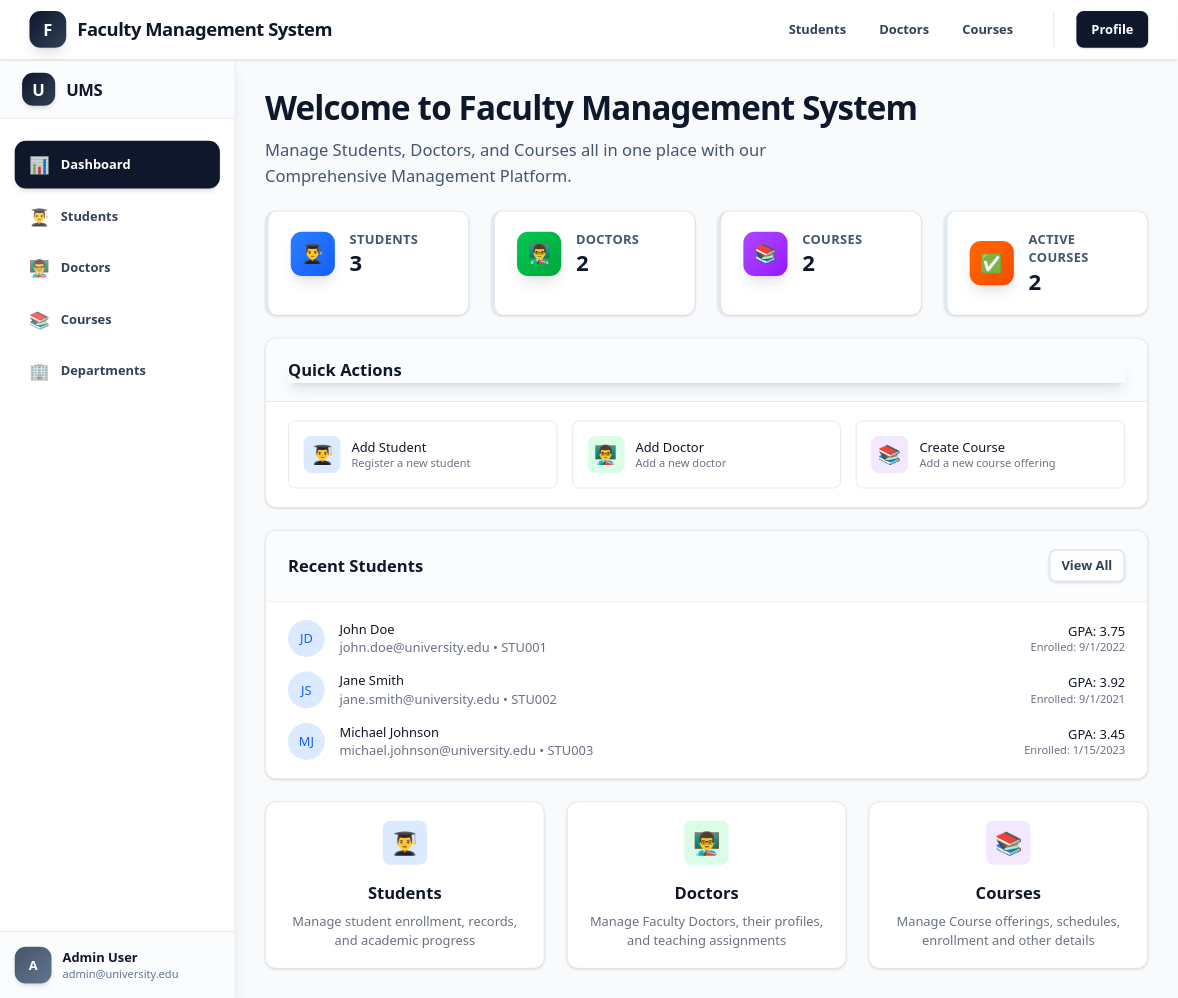
Repository: Mohamedmohsen179/Advanced-DB-Task
Page: / (app in frontend/)
The author's editor kept a copy of each file at every save. The page is drawn from the files as they stood at one save, then again after the next save.
The browser window is 1280 px wide. The pictures show the whole page, at 92% of full size.
The page's requests for data from a server got no answer. The project was rebuilt for these pictures with package versions that can differ from the ones it lists, and the page was loaded fresh each time. The framework's server and built-in components were replaced by stand-ins that run in the browser. No one was signed in, and anything a server would have sent is missing. Also part of the build but not shown: frontend/next.config.ts.

Above is the page before, as saved 2025-11-28 20:07:48.

### frontend/app/layout.tsx
import type { Metadata } from "next";
import { Geist, Geist_Mono } from "next/font/google";
import "./globals.css";
import MainLayout from "../components/layout/MainLayout";

const geistSans = Geist({
  variable: "--font-geist-sans",
  subsets: ["latin"],
});

const geistMono = Geist_Mono({
  variable: "--font-geist-mono",
  subsets: ["latin"],
});

export const metadata: Metadata = {
  title: "University Management System",
  description: "A comprehensive university management system built with Next.js and TypeScript",
};

export default function RootLayout({
  children,
}: Readonly<{
  children: React.ReactNode;
}>) {
  return (
    <html lang="en">
      <body
        className={`${geistSans.variable} ${geistMono.variable} antialiased`}
      >
        <MainLayout>{children}</MainLayout>
      </body>
    </html>
  );
}

### frontend/app/page.tsx
'use client';

import { useState, useEffect } from 'react';
import Link from 'next/link';
import { Student, CourseWithSchedule } from '../types';
import { apiService } from '../services/api';
import { Card, CardContent, CardHeader } from '../components/ui/Card';
import Button from '../components/ui/Button';

export default function Home() {
  const [stats, setStats] = useState({
    studentsCount: 0,
    doctorsCount: 0,
    coursesCount: 0,
    activeCoursesCount: 0,
  });
  const [recentStudents, setRecentStudents] = useState<Student[]>([]);
  const [loading, setLoading] = useState(true);

  useEffect(() => {
    loadDashboardData();
  }, []);

  const loadDashboardData = async () => {
    try {
      setLoading(true);

      // Load all data in parallel
      const [studentsResponse, doctorsResponse, coursesResponse] = await Promise.all([
        apiService.getStudents(),
        apiService.getDoctors(),
        apiService.getCourses(),
      ]);

      if (studentsResponse.success && doctorsResponse.success && coursesResponse.success) {
        setStats({
          studentsCount: studentsResponse.data.length,
          doctorsCount: doctorsResponse.data.length,
          coursesCount: coursesResponse.data.length,
          activeCoursesCount: coursesResponse.data.filter((course: CourseWithSchedule) => course.status === 'active').length,
        });

        // Get recent students (last 3)
        setRecentStudents(studentsResponse.data.slice(0, 3));
      }
    } catch (err) {
      console.error('Error loading dashboard data:', err);
    } finally {
      setLoading(false);
    }
  };

  if (loading) {
    return (
      <div className="flex items-center justify-center py-12">
        <div className="animate-spin rounded-full h-8 w-8 border-b-2 border-blue-600"></div>
        <span className="ml-2 text-gray-600">Loading dashboard...</span>
      </div>
    );
  }

  return (
    <div className="space-y-6">
      {/* Welcome Header */}
      <div className="text-center lg:text-left">
        <h1 className="text-4xl font-bold text-slate-900 tracking-tight">Welcome to Faculty Management System</h1>
        <p className="mt-3 text-lg text-slate-600 max-w-2xl">
          Manage Students, Doctors, and Courses all in one place with our Comprehensive Management Platform.
        </p>
      </div>

      {/* Stats Cards */}
      <div className="grid grid-cols-1 md:grid-cols-2 lg:grid-cols-4 gap-6">
        <Card className="hover:shadow-lg transition-all duration-300 border-l-4 border-l-blue-500">
          <CardContent className="p-6">
            <div className="flex items-center">
              <div className="flex-shrink-0">
                <div className="w-12 h-12 bg-gradient-to-br from-blue-500 to-blue-600 rounded-xl flex items-center justify-center shadow-lg">
                  <span className="text-white text-xl">👨‍🎓</span>
                </div>
              </div>
              <div className="ml-4">
                <p className="text-sm font-semibold text-slate-600 uppercase tracking-wide">Students</p>
                <p className="text-2xl font-bold text-slate-900">{stats.studentsCount}</p>
              </div>
            </div>
          </CardContent>
        </Card>

        <Card className="hover:shadow-lg transition-all duration-300 border-l-4 border-l-green-500">
          <CardContent className="p-6">
            <div className="flex items-center">
              <div className="flex-shrink-0">
                <div className="w-12 h-12 bg-gradient-to-br from-green-500 to-green-600 rounded-xl flex items-center justify-center shadow-lg">
                  <span className="text-white text-xl">👨‍🏫</span>
                </div>
              </div>
              <div className="ml-4">
                <p className="text-sm font-semibold text-slate-600 uppercase tracking-wide">Doctors</p>
                <p className="text-2xl font-bold text-slate-900">{stats.doctorsCount}</p>
              </div>
            </div>
          </CardContent>
        </Card>

        <Card className="hover:shadow-lg transition-all duration-300 border-l-4 border-l-purple-500">
          <CardContent className="p-6">
            <div className="flex items-center">
              <div className="flex-shrink-0">
                <div className="w-12 h-12 bg-gradient-to-br from-purple-500 to-purple-600 rounded-xl flex items-center justify-center shadow-lg">
                  <span className="text-white text-xl">📚</span>
                </div>
              </div>
              <div className="ml-4">
                <p className="text-sm font-semibold text-slate-600 uppercase tracking-wide">Courses</p>
                <p className="text-2xl font-bold text-slate-900">{stats.coursesCount}</p>
              </div>
            </div>
          </CardContent>
        </Card>

        <Card className="hover:shadow-lg transition-all duration-300 border-l-4 border-l-orange-500">
          <CardContent className="p-6">
            <div className="flex items-center">
              <div className="flex-shrink-0">
                <div className="w-12 h-12 bg-gradient-to-br from-orange-500 to-orange-600 rounded-xl flex items-center justify-center shadow-lg">
                  <span className="text-white text-xl">✅</span>
                </div>
              </div>
              <div className="ml-4">
                <p className="text-sm font-semibold text-slate-600 uppercase tracking-wide">Active Courses</p>
                <p className="text-2xl font-bold text-slate-900">{stats.activeCoursesCount}</p>
              </div>
            </div>
          </CardContent>
        </Card>
      </div>

      {/* Quick Actions */}
      <Card>
        <CardHeader>
          <h2 className="text-lg font-semibold text-gray-900 shadow-lg">Quick Actions</h2>
        </CardHeader>
        <CardContent>
          <div className="grid grid-cols-1 md:grid-cols-3 gap-4">
            <Link href="/students/new">
              <div className="p-4 border border-gray-200 rounded-lg hover:bg-gray-50 transition-colors cursor-pointer">
                <div className="flex items-center">
                  <div className="w-10 h-10 bg-blue-100 rounded-lg flex items-center justify-center">
                    <span className="text-blue-600 text-xl">👨‍🎓</span>
                  </div>
                  <div className="ml-3">
                    <h3 className="text-sm font-medium text-gray-900">Add Student</h3>
                    <p className="text-xs text-gray-500">Register a new student</p>
                  </div>
                </div>
              </div>
            </Link>

            <Link href="/doctors/new">
              <div className="p-4 border border-gray-200 rounded-lg hover:bg-gray-50 transition-colors cursor-pointer">
                <div className="flex items-center">
                  <div className="w-10 h-10 bg-green-100 rounded-lg flex items-center justify-center">
                    <span className="text-green-600 text-xl">👨‍🏫</span>
                  </div>
                  <div className="ml-3">
                    <h3 className="text-sm font-medium text-gray-900">Add Doctor</h3>
                    <p className="text-xs text-gray-500">Add a new doctor</p>
                  </div>
                </div>
              </div>
            </Link>

            <Link href="/courses/new">
              <div className="p-4 border border-gray-200 rounded-lg hover:bg-gray-50 transition-colors cursor-pointer">
                <div className="flex items-center">
                  <div className="w-10 h-10 bg-purple-100 rounded-lg flex items-center justify-center">
                    <span className="text-purple-600 text-xl">📚</span>
                  </div>
                  <div className="ml-3">
                    <h3 className="text-sm font-medium text-gray-900">Create Course</h3>
                    <p className="text-xs text-gray-500">Add a new course offering</p>
                  </div>
                </div>
              </div>
            </Link>
          </div>
        </CardContent>
      </Card>

      {/* Recent Students */}
      {recentStudents.length > 0 && (
        <Card>
          <CardHeader>
            <div className="flex items-center justify-between">
              <h2 className="text-lg font-semibold text-gray-900">Recent Students</h2>
              <Link href="/students">
                <Button variant="outline" size="sm">View All</Button>
              </Link>
            </div>
          </CardHeader>
          <CardContent>
            <div className="space-y-4">
              {recentStudents.map((student) => (
                <div key={student.id} className="flex items-center justify-between">
                  <div className="flex items-center">
                    <div className="flex-shrink-0 h-10 w-10">
                      <div className="h-10 w-10 rounded-full bg-blue-100 flex items-center justify-center">
                        <span className="text-blue-600 font-medium text-sm">
                          {student.firstName.charAt(0)}{student.lastName.charAt(0)}
                        </span>
                      </div>
                    </div>
                    <div className="ml-4">
                      <div className="text-sm font-medium text-gray-900">
                        {student.firstName} {student.lastName}
                      </div>
                      <div className="text-sm text-gray-500">
                        {student.email} • {student.studentId}
                      </div>
                    </div>
                  </div>
                  <div className="text-right">
                    <div className="text-sm text-gray-900">
                      {student.gpa ? `GPA: ${student.gpa.toFixed(2)}` : 'No GPA'}
                    </div>
                    <div className="text-xs text-gray-500">
                      Enrolled: {new Date(student.enrollmentDate).toLocaleDateString()}
                    </div>
                  </div>
                </div>
              ))}
            </div>
          </CardContent>
        </Card>
      )}

      {/* Navigation Cards */}
      <div className="grid grid-cols-1 md:grid-cols-3 gap-6">
        <Link href="/students">
          <Card className="hover:shadow-md transition-shadow cursor-pointer">
            <CardContent className="p-6 text-center">
              <div className="w-12 h-12 bg-blue-100 rounded-lg flex items-center justify-center mx-auto mb-4">
                <span className="text-blue-600 text-2xl">👨‍🎓</span>
              </div>
              <h3 className="text-lg font-semibold text-gray-900 mb-2">Students</h3>
              <p className="text-sm text-gray-500">
                Manage student enrollment, records, and academic progress
              </p>
            </CardContent>
          </Card>
        </Link>

        <Link href="/doctors">
          <Card className="hover:shadow-md transition-shadow cursor-pointer">
            <CardContent className="p-6 text-center">
              <div className="w-12 h-12 bg-green-100 rounded-lg flex items-center justify-center mx-auto mb-4">
                <span className="text-green-600 text-2xl">👨‍🏫</span>
              </div>
              <h3 className="text-lg font-semibold text-gray-900 mb-2">Doctors</h3>
              <p className="text-sm text-gray-500">
                Manage Faculty Doctors, their profiles, and teaching assignments
              </p>
            </CardContent>
          </Card>
        </Link>

        <Link href="/courses">
          <Card className="hover:shadow-md transition-shadow cursor-pointer">
            <CardContent className="p-6 text-center">
              <div className="w-12 h-12 bg-purple-100 rounded-lg flex items-center justify-center mx-auto mb-4">
                <span className="text-purple-600 text-2xl">📚</span>
              </div>
              <h3 className="text-lg font-semibold text-gray-900 mb-2">Courses</h3>
              <p className="text-sm text-gray-500">
                Manage Course offerings, schedules, enrollment and other details
              </p>
            </CardContent>
          </Card>
        </Link>
      </div>
    </div>
  );
}

### frontend/app/globals.css
@import "tailwindcss";

:root {
  --background: #fafafa;
  --foreground: #0f172a;
  --primary: #2563eb;
  --primary-foreground: #ffffff;
  --secondary: #f1f5f9;
  --secondary-foreground: #334155;
  --muted: #f8fafc;
  --muted-foreground: #64748b;
  --accent: #f1f5f9;
  --accent-foreground: #0f172a;
  --border: #e2e8f0;
  --input: #ffffff;
  --ring: #2563eb;
  --radius: 0.5rem;
}

@theme inline {
  --color-background: var(--background);
  --color-foreground: var(--foreground);
  --font-sans: var(--font-geist-sans);
  --font-mono: var(--font-geist-mono);
}

@media (prefers-color-scheme: dark) {
  :root {
    --background: #020617;
    --foreground: #f8fafc;
    --primary: #3b82f6;
    --primary-foreground: #f8fafc;
    --secondary: #1e293b;
    --secondary-foreground: #f8fafc;
    --muted: #1e293b;
    --muted-foreground: #94a3b8;
    --accent: #1e293b;
    --accent-foreground: #f8fafc;
    --border: #334155;
    --input: #1e293b;
    --ring: #3b82f6;
  }
}

* {
  border-color: var(--border);
}

body {
  background: var(--background);
  color: var(--foreground);
  font-family: var(--font-sans), system-ui, -apple-system, sans-serif;
  line-height: 1.6;
  -webkit-font-smoothing: antialiased;
  -moz-osx-font-smoothing: grayscale;
}

::-webkit-scrollbar {
  width: 8px;
  height: 8px;
}

::-webkit-scrollbar-track {
  background: var(--muted);
}

::-webkit-scrollbar-thumb {
  background: var(--muted-foreground);
  border-radius: 4px;
}

::-webkit-scrollbar-thumb:hover {
  background: var(--foreground);
}

/* Focus styles */
.focus-visible {
  outline: 2px solid var(--ring);
  outline-offset: 2px;
}

/* Professional shadows */
.shadow-professional {
  box-shadow: 0 1px 3px 0 rgb(0 0 0 / 0.1), 0 1px 2px -1px rgb(0 0 0 / 0.1);
}

.shadow-professional-lg {
  box-shadow: 0 10px 15px -3px rgb(0 0 0 / 0.1), 0 4px 6px -4px rgb(0 0 0 / 0.1);
}

### frontend/components/layout/MainLayout.tsx
'use client';

import { useState } from 'react';
import Navbar from './Navbar';
import Sidebar from './Sidebar';

interface MainLayoutProps {
  children: React.ReactNode;
}

export default function MainLayout({ children }: MainLayoutProps) {
  const [sidebarOpen, setSidebarOpen] = useState(false);

  return (
    <div className="min-h-screen bg-slate-50">
      {/* Navbar */}
      <Navbar />

      <div className="flex">
        {/* Sidebar */}
        <Sidebar
          isOpen={sidebarOpen}
          onClose={() => setSidebarOpen(false)}
        />

        {/* Main Content */}
        <div className="flex-1 lg:ml-0">
          {/* Mobile sidebar toggle */}
          <div className="lg:hidden">
            <button
              onClick={() => setSidebarOpen(true)}
              className="fixed top-20 left-4 z-10 bg-white p-3 rounded-xl shadow-professional border border-slate-200 hover:shadow-professional-lg transition-all duration-200"
            >
              <svg className="w-5 h-5 text-slate-600" fill="none" stroke="currentColor" viewBox="0 0 24 24">
                <path strokeLinecap="round" strokeLinejoin="round" strokeWidth={2} d="M4 6h16M4 12h16M4 18h16" />
              </svg>
            </button>
          </div>

          {/* Page Content */}
          <main className="p-6 lg:p-8">
            <div className="max-w-7xl mx-auto">
              {children}
            </div>
          </main>
        </div>
      </div>
    </div>
  );
}

### frontend/components/ui/Card.tsx
import { HTMLAttributes, forwardRef } from 'react';

interface CardProps extends HTMLAttributes<HTMLDivElement> {
  children: React.ReactNode;
}

const Card = forwardRef<HTMLDivElement, CardProps>(
  ({ className = '', children, ...props }, ref) => {
    return (
      <div
        ref={ref}
        className={`bg-white rounded-xl border border-slate-200 shadow-professional hover:shadow-professional-lg transition-shadow duration-200 ${className}`}
        {...props}
      >
        {children}
      </div>
    );
  }
);

Card.displayName = 'Card';

interface CardHeaderProps extends HTMLAttributes<HTMLDivElement> {
  children: React.ReactNode;
}

const CardHeader = forwardRef<HTMLDivElement, CardHeaderProps>(
  ({ className = '', children, ...props }, ref) => {
    return (
      <div
        ref={ref}
        className={`px-6 py-5 border-b border-slate-200 bg-slate-50/50 rounded-t-xl ${className}`}
        {...props}
      >
        {children}
      </div>
    );
  }
);

CardHeader.displayName = 'CardHeader';

interface CardContentProps extends HTMLAttributes<HTMLDivElement> {
  children: React.ReactNode;
}

const CardContent = forwardRef<HTMLDivElement, CardContentProps>(
  ({ className = '', children, ...props }, ref) => {
    return (
      <div
        ref={ref}
        className={`px-6 py-5 ${className}`}
        {...props}
      >
        {children}
      </div>
    );
  }
);

CardContent.displayName = 'CardContent';

interface CardFooterProps extends HTMLAttributes<HTMLDivElement> {
  children: React.ReactNode;
}

const CardFooter = forwardRef<HTMLDivElement, CardFooterProps>(
  ({ className = '', children, ...props }, ref) => {
    return (
      <div
        ref={ref}
        className={`px-6 py-5 border-t border-slate-200 bg-slate-50 rounded-b-xl ${className}`}
        {...props}
      >
        {children}
      </div>
    );
  }
);

CardFooter.displayName = 'CardFooter';

export { Card, CardHeader, CardContent, CardFooter };

### frontend/components/ui/Button.tsx
import { ButtonHTMLAttributes, forwardRef } from 'react';

interface ButtonProps extends ButtonHTMLAttributes<HTMLButtonElement> {
  variant?: 'primary' | 'secondary' | 'danger' | 'outline';
  size?: 'sm' | 'md' | 'lg';
  loading?: boolean;
}

const Button = forwardRef<HTMLButtonElement, ButtonProps>(
  ({ className = '', variant = 'primary', size = 'md', loading = false, children, disabled, ...props }, ref) => {
    const baseClasses = 'inline-flex items-center justify-center font-semibold rounded-lg transition-all duration-200 focus:outline-none focus:ring-2 focus:ring-offset-2 disabled:opacity-50 disabled:cursor-not-allowed shadow-sm hover:shadow-md active:scale-[0.98]';

    const variantClasses = {
      primary: 'bg-slate-900 text-white hover:bg-slate-800 focus:ring-slate-500 border border-slate-900',
      secondary: 'bg-slate-100 text-slate-900 hover:bg-slate-200 focus:ring-slate-500 border border-slate-200',
      danger: 'bg-red-600 text-white hover:bg-red-700 focus:ring-red-500 border border-red-600',
      outline: 'border-2 border-slate-300 text-slate-700 bg-white hover:bg-slate-50 hover:border-slate-400 focus:ring-slate-500',
    };

    const sizeClasses = {
      sm: 'px-3 py-2 text-sm h-9',
      md: 'px-4 py-2.5 text-sm h-10',
      lg: 'px-6 py-3 text-base h-12',
    };

    return (
      <button
        ref={ref}
        className={`${baseClasses} ${variantClasses[variant]} ${sizeClasses[size]} ${className}`}
        disabled={disabled || loading}
        {...props}
      >
        {loading && (
          <svg className="animate-spin -ml-1 mr-2 h-4 w-4" fill="none" viewBox="0 0 24 24">
            <circle className="opacity-25" cx="12" cy="12" r="10" stroke="currentColor" strokeWidth="4" />
            <path className="opacity-75" fill="currentColor" d="M4 12a8 8 0 018-8V0C5.373 0 0 5.373 0 12h4zm2 5.291A7.962 7.962 0 014 12H0c0 3.042 1.135 5.824 3 7.938l3-2.647z" />
          </svg>
        )}
        {children}
      </button>
    );
  }
);

Button.displayName = 'Button';

export default Button;

Loaded but not shown: frontend/services/api.ts (539 lines, source omitted); frontend/components/layout/Sidebar.tsx (158 lines, source omitted); frontend/components/layout/Navbar.tsx (102 lines, source omitted)

After the next save:
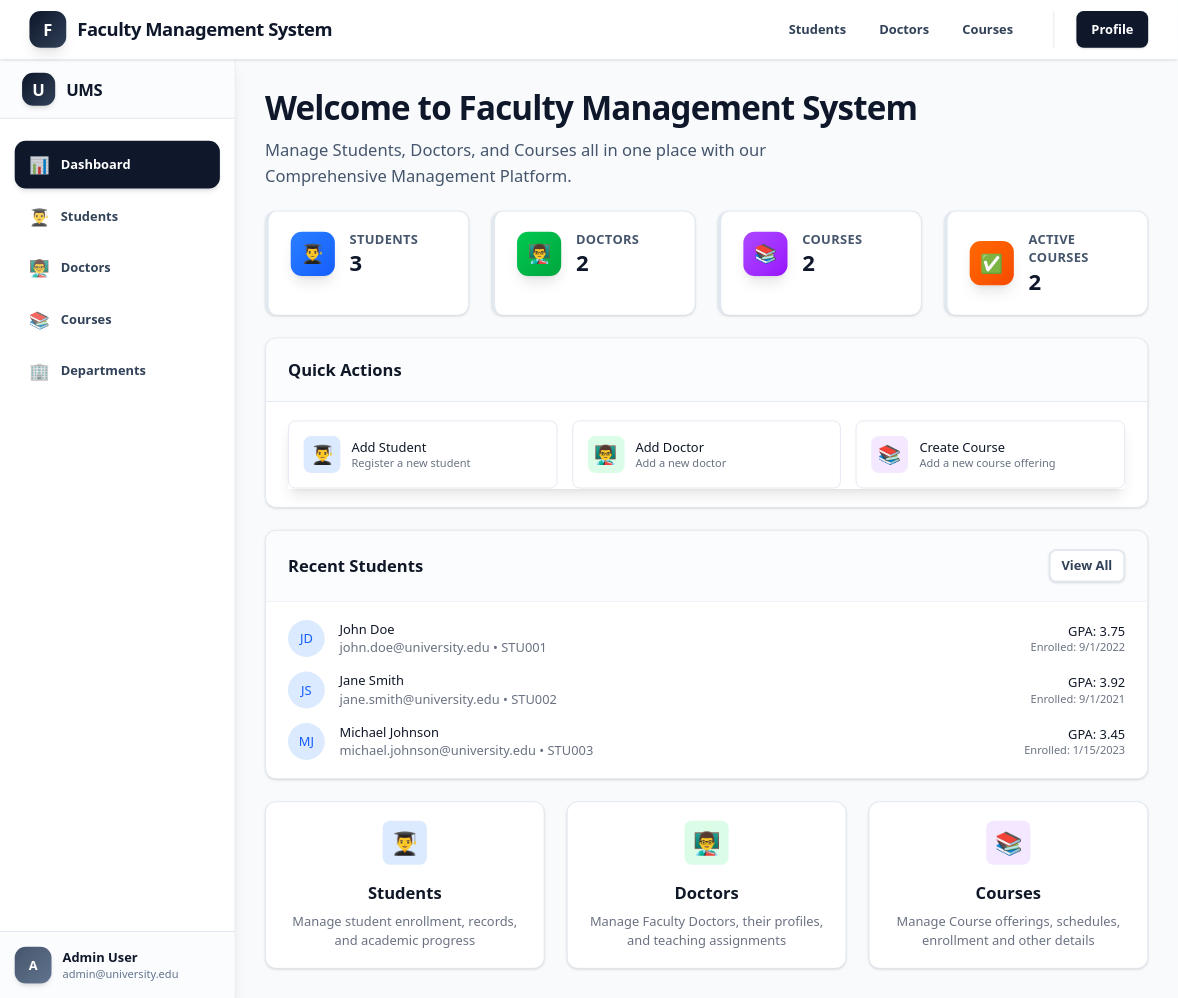
Saved 8 s later.
--- a/frontend/app/page.tsx
+++ b/frontend/app/page.tsx
@@ -139,10 +139,10 @@ export default function Home() {
       {/* Quick Actions */}
       <Card>
         <CardHeader>
-          <h2 className="text-lg font-semibold text-gray-900 shadow-lg">Quick Actions</h2>
+          <h2 className="text-lg font-semibold text-gray-900 ">Quick Actions</h2>
         </CardHeader>
         <CardContent>
-          <div className="grid grid-cols-1 md:grid-cols-3 gap-4">
+          <div className="grid grid-cols-1 md:grid-cols-3 gap-4 shadow-lg">
             <Link href="/students/new">
               <div className="p-4 border border-gray-200 rounded-lg hover:bg-gray-50 transition-colors cursor-pointer">
                 <div className="flex items-center">
